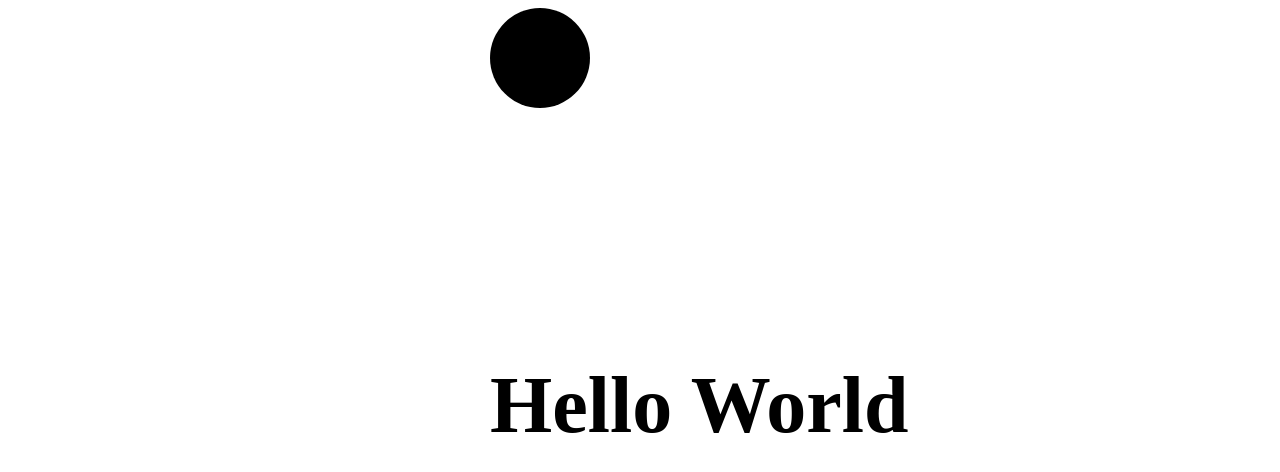
Repository: sarahlochhead/css-demo
Page: index.html
These files come from the project's save history. The page is drawn as it stood at one moment and after the next save; the edit follows.
The browser window is 1280 px wide. The pictures show the whole page.

Above is the page before, as saved 2023-04-28 12:09:48.

### index.html
<!DOCTYPE html>
<html lang="en">
<head>
    <meta charset="UTF-8">
    <meta http-equiv="X-UA-Compatible" content="IE=edge">
    <meta name="viewport" content="width=device-width, initial-scale=1.0">
    <title>Light It Up Demo</title>
    <link rel="stylesheet" href="styles.css">
</head>
<body>
    <header>
        <h1>Hello World</h1>
    </header>
    <svg class="small">
        <circle cx="50" cy="50" r="50" />
    </svg>





</body>
</html>

### styles.css
@charset "utf-8";

body {
    display: flex;
    justify-content: center;
    align-items: center;
}

h1 {
    position: absolute;
    top: 50%;
    font-size: 5rem;
    margin: 0 auto;
}

svg .small {
    height: 100;
    width: 100;
    stroke: black;
    stroke-width: 3;
    fill: red;
}

After the next save:
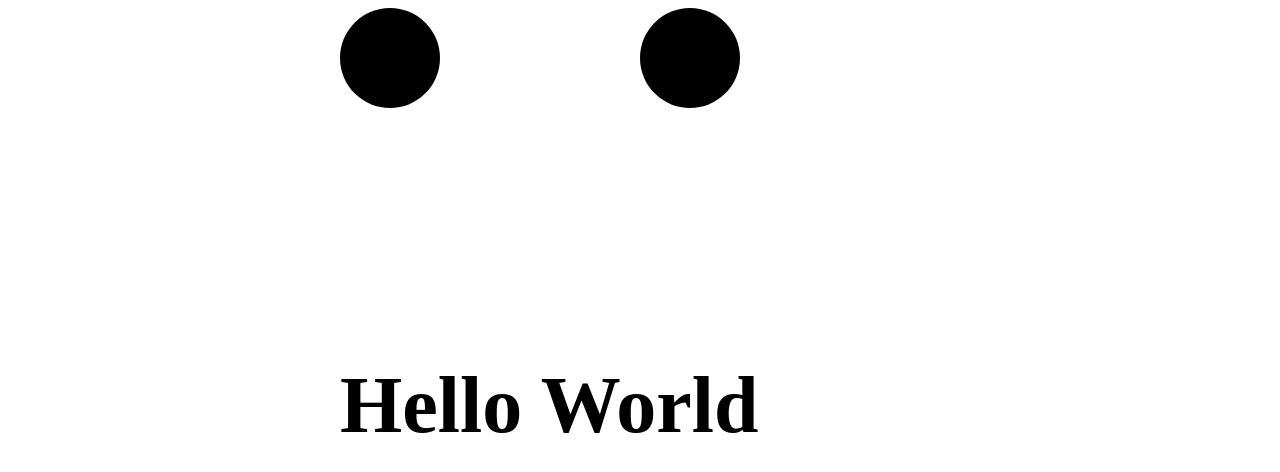
Saved 5 s later.
--- a/index.html
+++ b/index.html
@@ -14,6 +14,9 @@
     <svg class="small">
         <circle cx="50" cy="50" r="50" />
     </svg>
+    <svg class="small">
+        <circle cx="50" cy="50" r="50" />
+    </svg>
 
 
 
